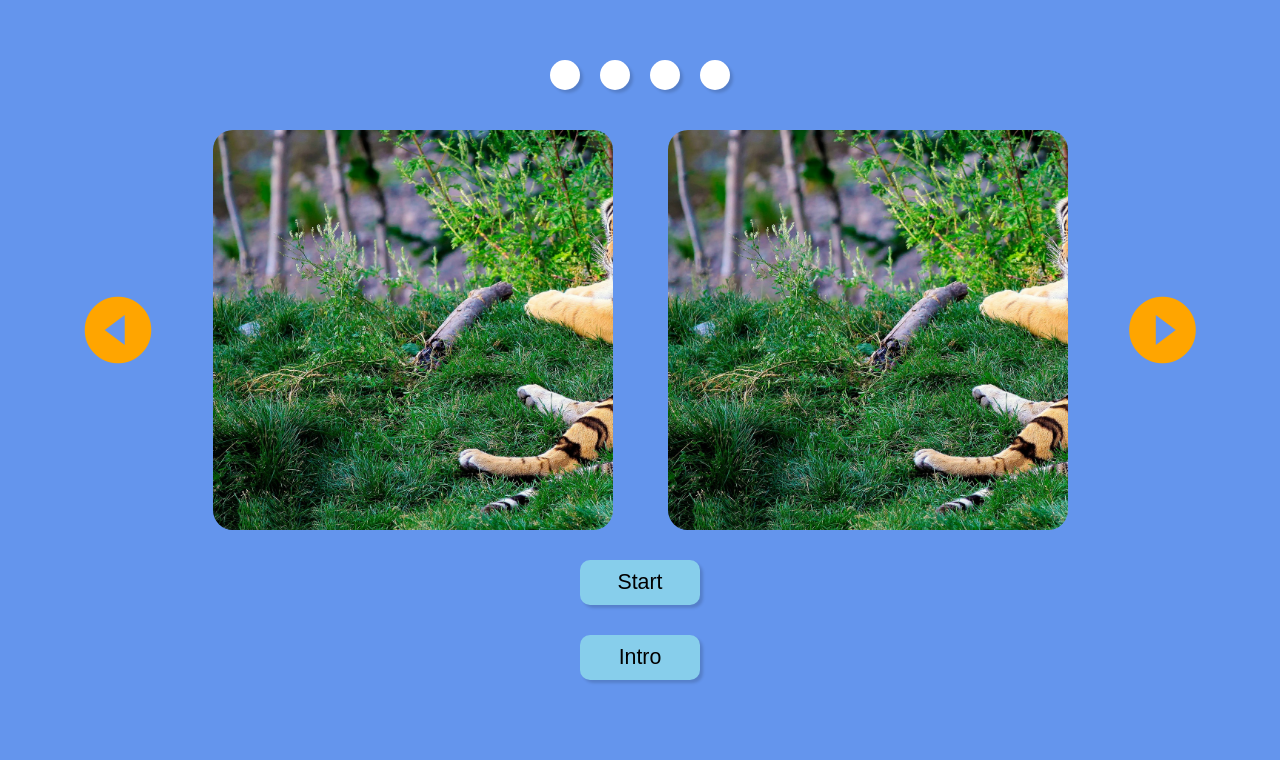
Repository: sylviaah/dynamicmidterm
Page: slider/slider.html
These files come from the project's save history. The page is drawn as it stood at one moment and after the next save; the edit follows.
The browser window is 1280 px wide. The pictures show the whole page.

Above is the page before, as saved 2020-03-13 13:04:20.

After the next save:
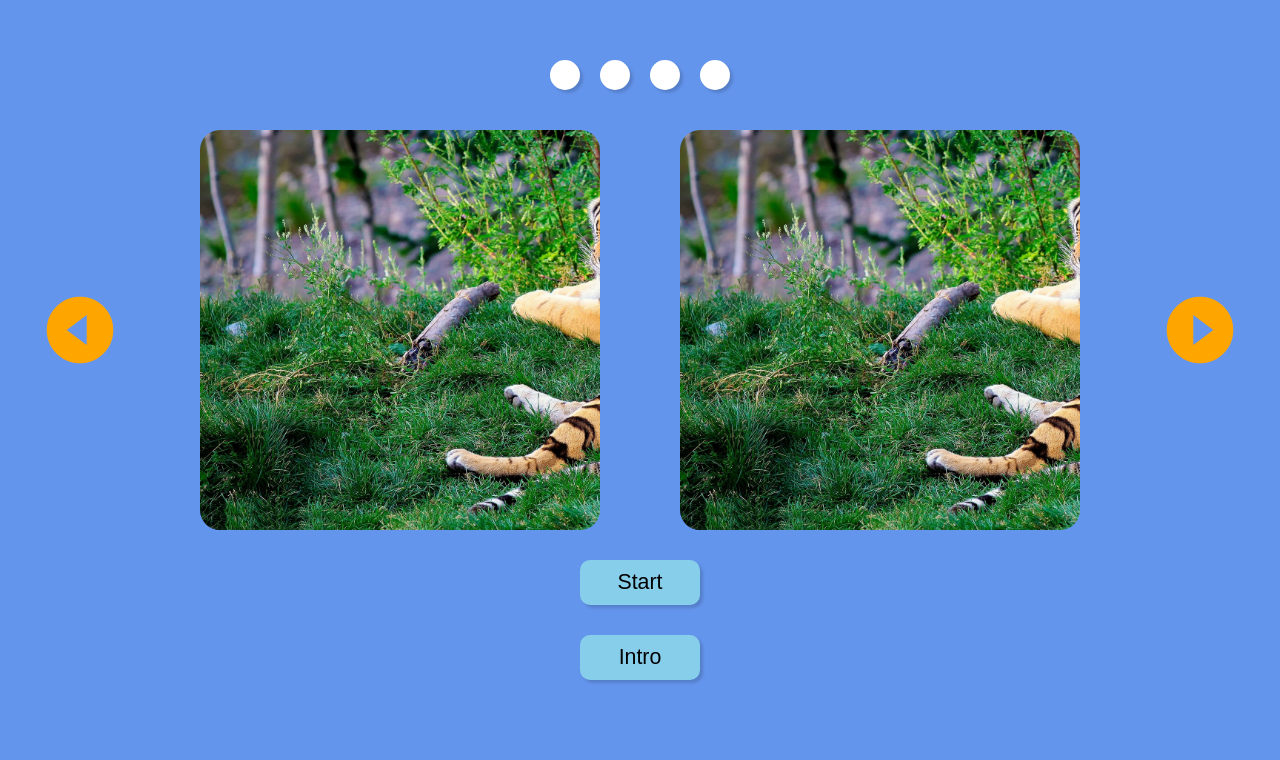
Saved 61 s later.
--- a/slider/slider.css
+++ b/slider/slider.css
@@ -4,7 +4,7 @@
 }
 
 .slider{
-    padding: 50px;
+    padding: 50px 0px;
     display: flex;
     flex-direction: column;
     align-items: center;

After the save that followed:
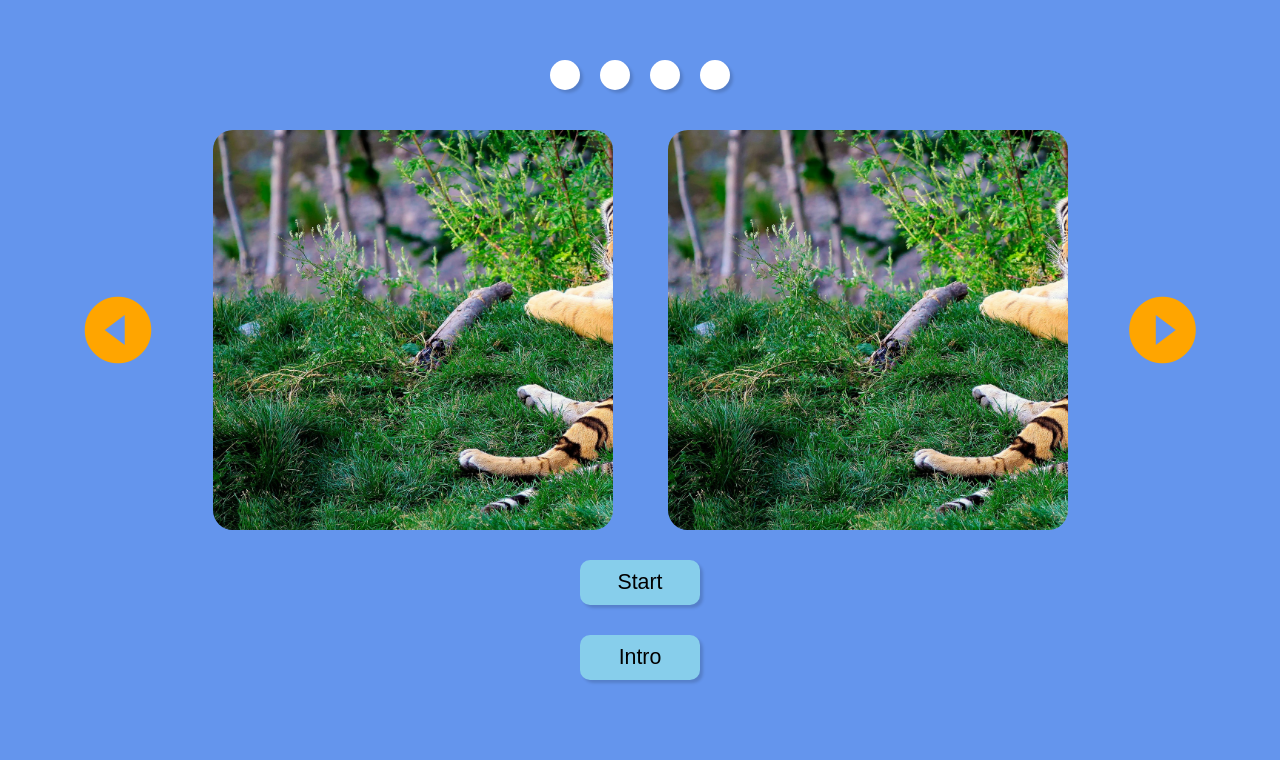
Saved 15 s later.
--- a/slider/slider.css
+++ b/slider/slider.css
@@ -4,7 +4,7 @@
 }
 
 .slider{
-    padding: 50px 0px;
+    padding: 50px;
     display: flex;
     flex-direction: column;
     align-items: center;
